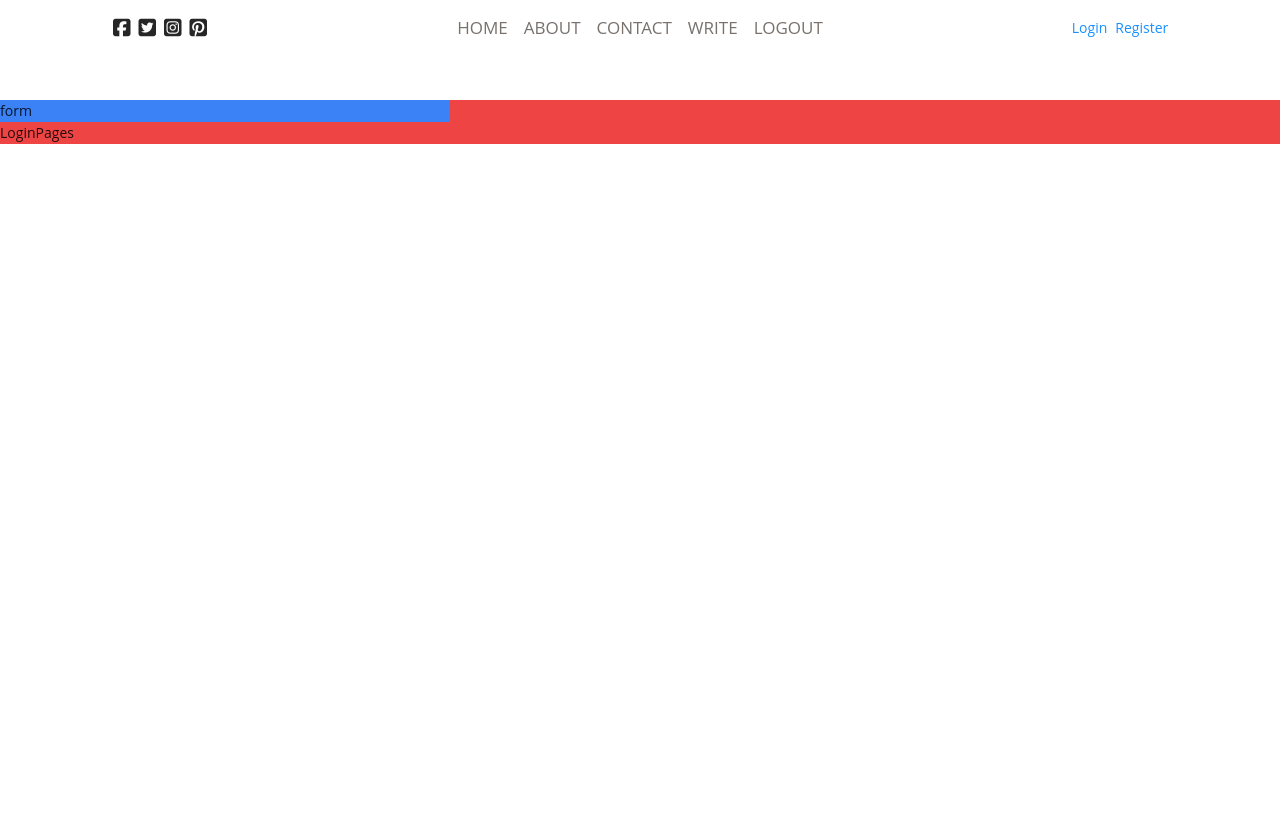
Repository: truongnguyenuit/Blog_App_ver2
Page: /login (app in client/)
These files come from the project's save history. The page is drawn as it stood at one moment and after the next save; the edit follows.
The browser window is 1280 px wide. The pictures show the whole page.
Some web libraries are served in a nearby version. The project was rebuilt for these pictures with package versions that can differ from the ones it lists, and the page was loaded fresh each time. Also part of the build but not shown: client/src/components/AboutComponent.js, client/src/pages/HomePage.js, client/src/pages/RegisterPage.js.

Above is the page before, as saved 2022-07-18 11:13:36.

### client/public/index.html
<!DOCTYPE html>
<html lang="en">
  <head>

    <meta charset="utf-8" />
    <meta name="viewport" content="width=device-width, initial-scale=1" />
    <meta
      name="description"
      content="Web site created using create-react-app"
    />
    <style>
      *{
        font-family: 'Open Sans', sans-serif;
        margin: 0;
      }
    </style>
    <script src="https://kit.fontawesome.com/cd2089affa.js" crossorigin="anonymous"></script>
    <title>Blog App</title>

  </head>
  <body>

    <noscript>You need to enable JavaScript to run this app.</noscript>
    <div id="root"></div>

  </body>
</html>

### client/src/index.js
import React from 'react';
import ReactDOM from 'react-dom/client';
import './index.css';
import App from './App';
import 'antd/dist/antd.min.css'


const root = ReactDOM.createRoot(document.getElementById('root'));
root.render(
  <React.StrictMode>
    <App />
  </React.StrictMode>
);

### client/src/App.js
import { BrowserRouter, Route, Routes } from "react-router-dom";
import { configRouter } from './router/configRouter';
import NavbarComponent from './components/NavbarComponent';
function App() {
  return (
    <div>
      <BrowserRouter>
        <div className="fixed top-0 left-0 right-0 z-10">
          <NavbarComponent />
        </div>
        <div className="mt-[50px]"></div>
        <Routes>
          {configRouter.map((item, index) => {
            return (
              <Route
                key={index}
                path={item.path}
                element={item.page}
              />
            );
          })}

        </Routes>

      </BrowserRouter>
    </div>
  );
}

export default App;

### client/src/router/configRouter.js
import HomePage from "../pages/HomePage";
import LoginPage from "../pages/LoginPage";
import RegisterPage from "../pages/RegisterPage";
import { pathName } from "./pathName";

export const configRouter=[
  {
    path: pathName.home,
    page: <HomePage/>,
  },
  {
    path: pathName.login,
    page: <LoginPage/>,
  },
  {
    path: pathName.register,
    page: <RegisterPage/>
  }
]

### client/src/components/NavbarComponent.js
import React from 'react'
import { Link } from "react-router-dom";
import { Row, Col } from "antd"
import { pathName } from '../router/pathName';

const NavigateRouter = [
  {
    path: "",
    name: "HOME",
  },
  {
    path: "",
    name: "ABOUT",
  },
  {
    path: "",
    name: "CONTACT",
  },
  {
    path: "",
    name: "WRITE",
  },
  {
    path: "",
    name: "LOGOUT",
  },
];

const NavbarComponent = () => {
  return (
    <div className="bg-white">
      <Row >

        <Col span={6} className="h-14">
          <div className="flex justify-center items-center text-[20px] gap-2 h-14">
            <i className="fa-brands fa-facebook-square cursor-pointer"></i>
            <i className="fa-brands fa-twitter-square cursor-pointer"></i>
            <i className="fa-brands fa-instagram-square cursor-pointer"></i>
            <i className="fa-brands fa-pinterest-square cursor-pointer"></i>
          </div>
        </Col>

        <Col span={12} className="h-14">
          <nav>
            <ul className="flex justify-center items-center text-[17px] gap-4 h-14">
              {NavigateRouter.map((item, index) => {
                return (
                  <li key={index}>
                    <Link to={item.path} className="text-stone-500 hover:text-stone-400">
                      {item.name}
                    </Link>
                  </li>
                );

              })}
            </ul>
          </nav>
        </Col>

        <Col span={6} className="h-14">
          <div className="flex justify-center items-center gap-2 h-14">
            <Link to={pathName.login}>
              Login
            </Link>
            <Link to={pathName.register}>
              Register
            </Link>
          </div>
        </Col>

      </Row>
    </div>
  )
}

export default NavbarComponent

### client/src/pages/LoginPage.js
import React from 'react'

const LoginPage = () => {
  return (
    <div className='bg-red-500  mt-[100px]'>
      <div className="bg-blue-500 w-[450px]">
        form
      </div>
      LoginPages
    </div>
  )
}

export default LoginPage

### client/src/router/pathName.js
export const pathName = {
  home: "/",

  login: "/login",
  register: "/register",

}

### client/tailwind.config.js
/** @type {import('tailwindcss').Config} */
module.exports = {
  content: ["./src/**/*.{html,js,jsx,ts}"],
  theme: {
    extend: {},
  },
  plugins: [],
}

Loaded but not shown: client/src/index.css (common file)

After the next save:
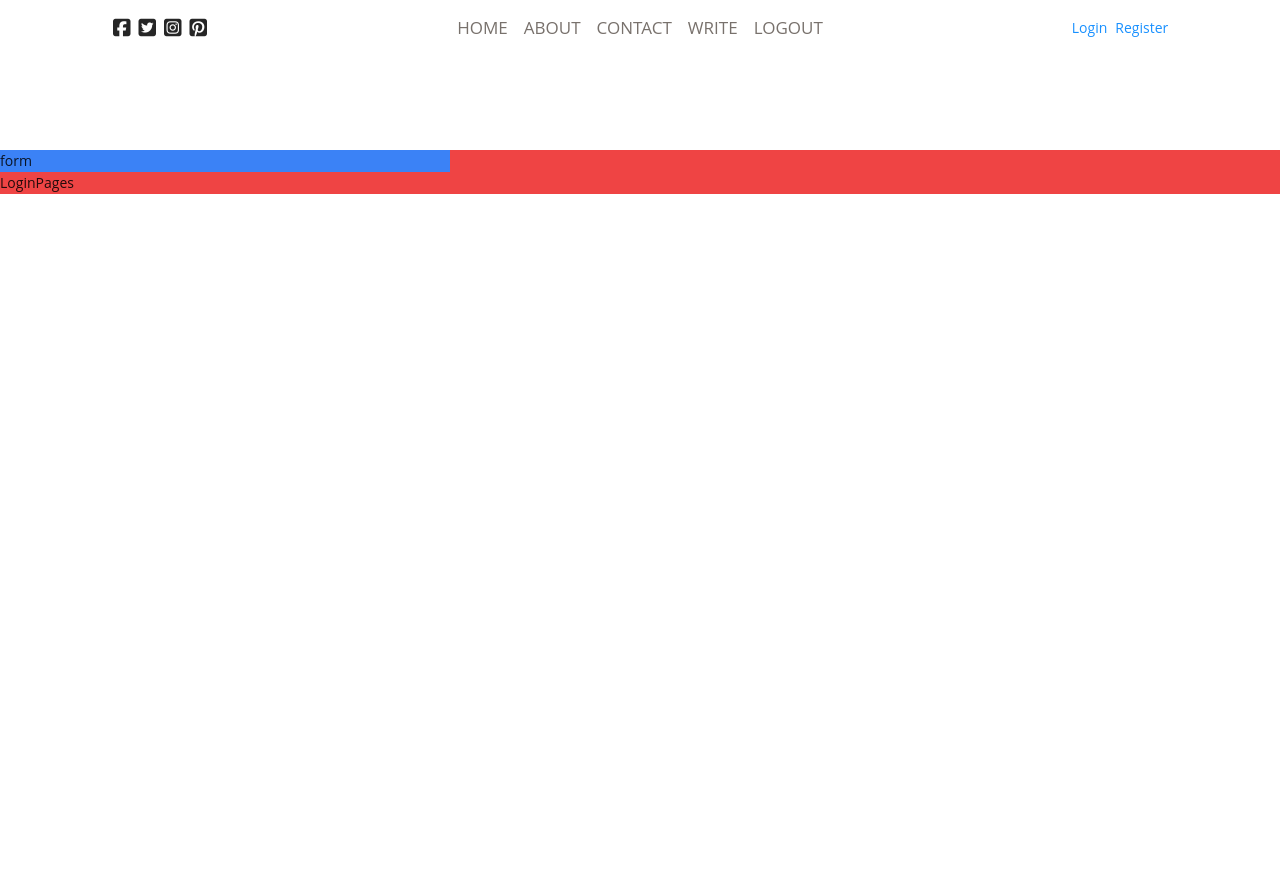
Saved 5 s later.
--- a/client/src/pages/LoginPage.js
+++ b/client/src/pages/LoginPage.js
@@ -2,7 +2,7 @@ import React from 'react'
 
 const LoginPage = () => {
   return (
-    <div className='bg-red-500  mt-[100px]'>
+    <div className='bg-red-500  mt-[150px]'>
       <div className="bg-blue-500 w-[450px]">
         form
       </div>
